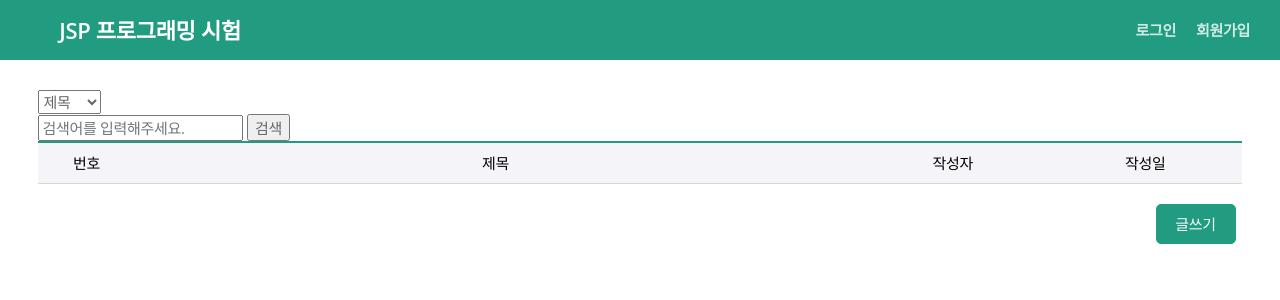
Repository: yujin149/noticeJSP
Page: http://localhost/BBS/bbs.jsp
An editor plug-in stored every save of this project. The page is shown before and after the next save, followed by the edit.
The browser window is 1280 px wide. The pictures show the whole page.
Some web libraries are served in a nearby version. The page is served by Tomcat 9. Queries for data that is not in the repository find no rows.

Above is the page before, as saved 2024-11-29 06:39:25.

After the next save:
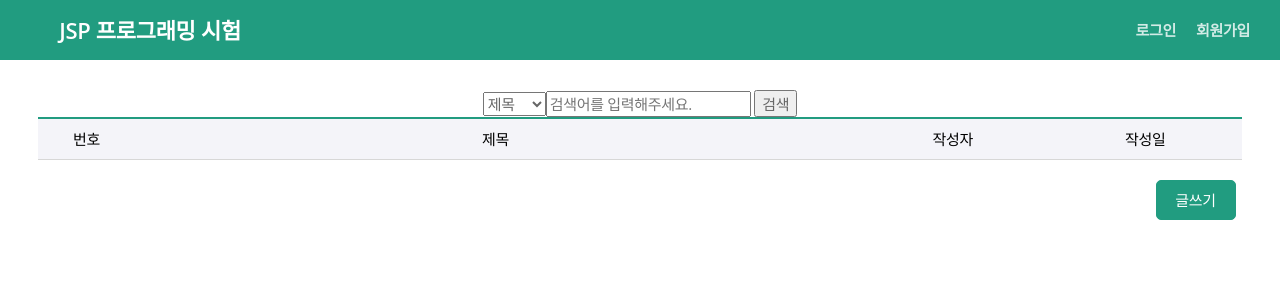
Saved 2 min 55 s later.
--- a/BBS/src/main/webapp/css/style.css
+++ b/BBS/src/main/webapp/css/style.css
@@ -69,3 +69,7 @@ border:1px solid #219c80; height:40px; font-size:16px; font-weight:600; height:4
 .loginWrap ul li.radioList label{display:flex; justify-content: flex-start; align-items:center; cursor:pointer;}
 .loginWrap ul li.radioList label input{margin-right:5px;}
 .loginWrap ul li.radioList label:first-child{margin-right:20px;}
+
+
+/*검색조건*/
+.searchWrap form{display:flex; justify-content: center; align-items: center;}
